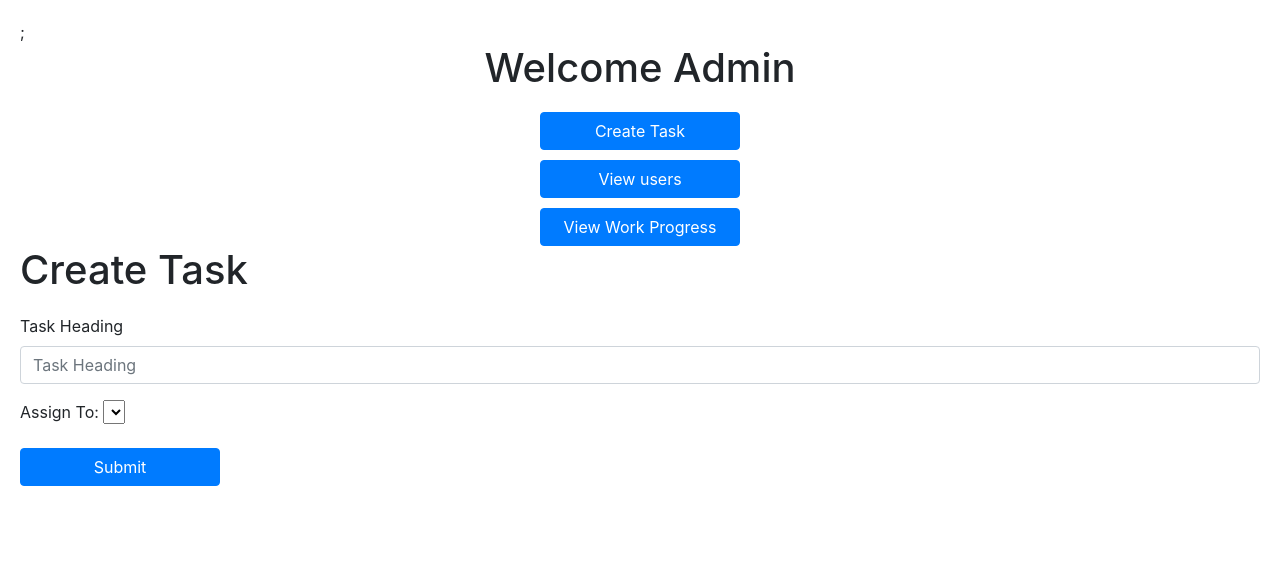
Repository: neha-rouniyar/taskmgmt
Page: http://localhost/admin/create-task
These files come from the project's save history. The page is drawn as it stood at one moment and after the next save; the edit follows.
The browser window is 1280 px wide. The pictures show the whole page.
Some web libraries are served in a nearby version. The page is served by the project's Laravel application, run on PHP 8.4 with Laravel 10. Other server files are loaded and not shown. Queries for data that is not in the repository find no rows.

Above is the page before, as saved 2023-12-11 15:19:25.

### routes/web.php
<?php

use App\Http\Controllers\AdminController;
use Illuminate\Support\Facades\Route;
use App\Http\Controllers\LoginController;
/*
|--------------------------------------------------------------------------
| Web Routes
|--------------------------------------------------------------------------
|
| Here is where you can register web routes for your application. These
| routes are loaded by the RouteServiceProvider and all of them will
| be assigned to the "web" middleware group. Make something great!
|
*/

Route::get('/', function () {
    return view('welcome');
});
Route::get('/login-form',[LoginController::class,'index'])->name('login.form');
Route::post('/login-form-submit',[LoginController::class,'loginFormSubmit'])->name('login.form.submit');




Route::get('/register-form',[LoginController::class,'index2'])->name('register.form');
Route::post('/register-form-submit',[LoginController::class,'registerFormSubmit'])->name('register.form.submit');


//user dashboard
Route::get('/user-dashboard',[LoginController::class,'userDashboard'])->name('user.dashboard');
Route::get('/admin-dashboard',[LoginController::class,'adminDashboard'])->name('admin.dashboard');


//admin
Route::get('/admin/view-users',[AdminController::class,'viewUsers'])->name('admin.view.users');
Route::get('/admin/create-task',[AdminController::class,'createTask'])->name('admin.create.task');
Route::get('/admin/view-work-progress',[AdminController::class,'viewWorkProgress'])->name('admin.view.workprogress');

### app/Http/Controllers/AdminController.php
<?php

namespace App\Http\Controllers;

use App\Models\User;
use Illuminate\Http\Request;

class AdminController extends Controller
{
    public function viewUsers()
    {
        $users=User::all()->where('usertype','regular');
        // dd($users);
        return view('admin.viewUsers',compact('users'));
    }
    public function createTask()
    {
        $users=User::all()->where('usertype','regular');
        return view('admin.task.create',compact('users'));
    }
    public function viewWorkProgress()
    {
        return view('admin.task.workprogress');
    }
}

### resources/views/admin/task/create.blade.php
@extends('admin.dashboard');
@section('admin-content')

<h1>Create Task</h1>
<form action="" method="POST">
    @csrf
      <div class="form-group">
        <label for="exampleInputEmail1">Task Heading</label>
        <input type="text" name="heading" class="form-control" id="exampleInputEmail1" aria-describedby="emailHelp" placeholder="Task Heading" required>
      </div>
      <div class="form-group">
        <label for="exampleInputPassword1">Assign To:</label>
            <select name="assignee" id="assignee">
                @foreach ($users as $data )
                <option value="">{{$data->username}}</option>
                @endforeach
            </select>
      </div>
      <button type="submit" class="btn btn-primary">Submit</button>
    </form>

@endsection

### resources/views/admin/dashboard.blade.php
<!doctype html>
<html lang="en">
  <head>
    <!-- Required meta tags -->
    <meta charset="utf-8">
    <meta name="viewport" content="width=device-width, initial-scale=1, shrink-to-fit=no">

    <!-- Bootstrap CSS -->
    <link rel="stylesheet" href="https://cdn.jsdelivr.net/npm/bootstrap@4.0.0/dist/css/bootstrap.min.css" integrity="sha384-Gn5384xqQ1aoWXA+058RXPxPg6fy4IWvTNh0E263XmFcJlSAwiGgFAW/dAiS6JXm" crossorigin="anonymous">
    <style>
      body {
          padding: 20px;
      }

      h1 {
          margin-bottom: 20px;
      }

      .btn-container {
          display: flex;
          flex-direction: column;
          gap: 10px;
      }

      .btn-container a {
          text-decoration: none;
      }

      .btn {
          width: 200px;
      }
  </style>
    <title>Hello, world!</title>
  </head>
  <body>
    <div class="container text-center">
        <h1>Welcome Admin</h1>
        <div class="btn-container">
            <a href="{{route('admin.create.task')}}">
                <button type="button" class="btn btn-primary">Create Task</button>
            </a>
            <a href="{{route('admin.view.users')}}">
                <button type="button" class="btn btn-primary">View users</button>
            </a>
            <a href="{{route('admin.view.workprogress')}}">
                <button type="button" class="btn btn-primary">View Work Progress</button>
            </a>
        </div>
    </div>
    @yield('admin-content')
    <script src="https://code.jquery.com/jquery-3.2.1.slim.min.js" integrity="sha384-KJ3o2DKtIkvYIK3UENzmM7KCkRr/rE9/Qpg6aAZGJwFDMVNA/GpGFF93hXpG5KkN" crossorigin="anonymous"></script>
    <script src="https://cdn.jsdelivr.net/npm/popper.js@1.12.9/dist/umd/popper.min.js" integrity="sha384-ApNbgh9B+Y1QKtv3Rn7W3mgPxhU9K/ScQsAP7hUibX39j7fakFPskvXusvfa0b4Q" crossorigin="anonymous"></script>
    <script src="https://cdn.jsdelivr.net/npm/bootstrap@4.0.0/dist/js/bootstrap.min.js" integrity="sha384-JZR6Spejh4U02d8jOt6vLEHfe/JQGiRRSQQxSfFWpi1MquVdAyjUar5+76PVCmYl" crossorigin="anonymous"></script>
</body>
</html>

Loaded but not shown: app/Http/Controllers/Controller.php (common file); app/Models/User.php (common file)

After the next save:
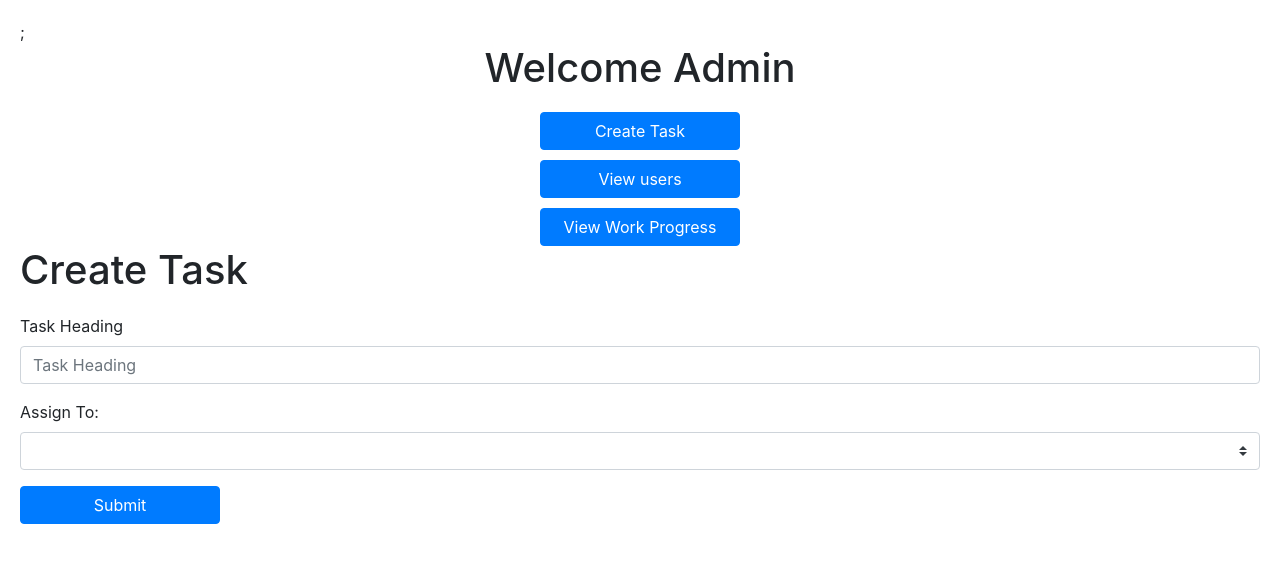
Saved 52 s later.
--- a/resources/views/admin/task/create.blade.php
+++ b/resources/views/admin/task/create.blade.php
@@ -9,13 +9,16 @@
         <input type="text" name="heading" class="form-control" id="exampleInputEmail1" aria-describedby="emailHelp" placeholder="Task Heading" required>
       </div>
       <div class="form-group">
-        <label for="exampleInputPassword1">Assign To:</label>
-            <select name="assignee" id="assignee">
-                @foreach ($users as $data )
-                <option value="">{{$data->username}}</option>
+        <label for="assignee">Assign To:</label>
+        <div class="custom-dropdown">
+            <select name="assignee" id="assignee" class="custom-select">
+                @foreach ($users as $data)
+                    <option value="{{$data->id}}">{{$data->username}}</option>
                 @endforeach
             </select>
-      </div>
+            <div class="custom-dropdown-arrow"></div>
+        </div>
+    </div>
       <button type="submit" class="btn btn-primary">Submit</button>
     </form>
 
